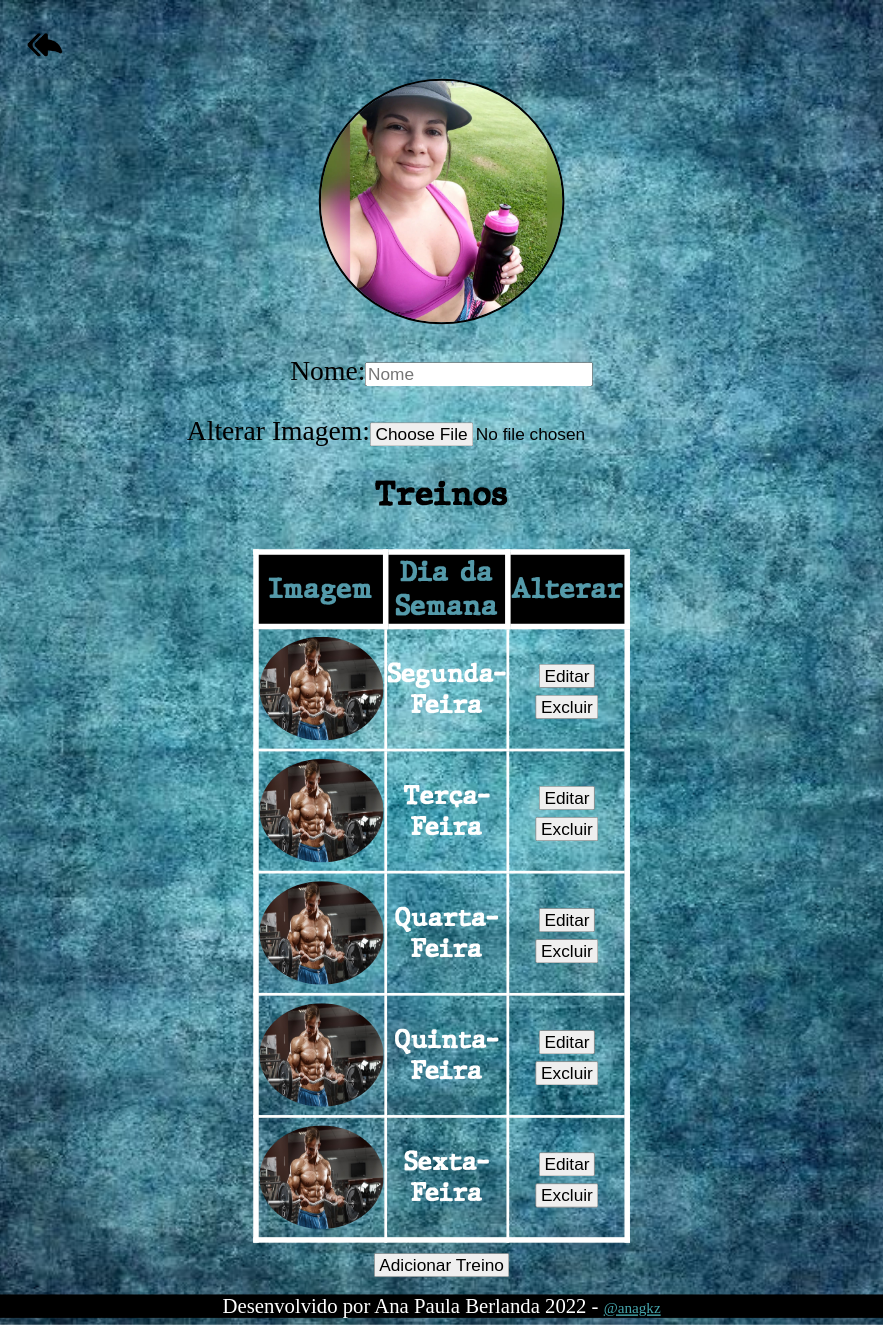
Repository: AnaBerlanda/AppAcademia
Page: config.html
The author's editor kept a copy of each file at every save. The page is drawn from the files as they stood at one save, then again after the next save.
The browser window is 1280 px wide. The pictures show the whole page, at 69% of full size.

Above is the page before, as saved 2022-02-14 17:01:43.

### config.html
<!DOCTYPE html>
<html lang="pt-br">

<head>
    <meta charset="utf-8" />
    <title>App Academia</title>
    <style>
    body{
        text-align: center;
        height: 100%;
        margin: 0;
        background-image: url("img/suor.jpg");
        background-position: center;
        background-size: cover;
        background-repeat:;
    }
    #redonda{
        width: 350px;
        height: 350px;
        border-radius: 50%;
        border: 3px solid black;
    }
    @font-face{
        font-family: 'JMH';
        src: url('font/JMH.ttf') format('opentype');
    }
    .link-semana .diadasemana{
        font-family: 'JMH';
        font-size: 40px;
        border-radius: 20%;
    }

    .link-semana {
        margin-top: 120px;
        display: block;
        text-decoration: none;
        color: rgb(255, 255, 255);
        background-color: rgba(255,255,255,0.3);
    }
    .link-semana img {
        width: 150px;
        height: 150px;

    }
    .link-da-ana {
        background-color: rgba(143, 61, 190, .6);
        border-radius: 50%;
        width: 140px;
        height: 140px;
        padding: 30px;
    }
    .link-da-ana:hover {
        background-color: rgba(143, 61, 190, 1);
    }
    h1 {
        font-size: 45px;
        font-family: 'JMH';
        color: black;
    }
    .rodape {
        background-color: black;
        color:white;
        border: px black;
        font-size: 30px;
        margin-top: 25px;
        margin-bottom: 10px;
    }
    .rodape a{
        font-family: 'Aft';
        color: #45a6ad;
        font-size: 22px;
    }
        table {
            border-collapse: collapse;
            border: 8px solid white;
            width: 40%;
            margin: 15px auto;
            margin-top: 50px;
        }
        table th{
            color: #549aaa;
            font-size: 38px;
            background-color:black;
            font-family: 'JMH';
            border: 8px solid white;
        }
        table td {
            text-align: center;
            border: 4px solid white;
            color:white;
            font-size: 35px;
            font-family: 'JMH';
            height: 50px;
        }
        .tabela{
            text-align: center;
            border-top: 50%;
        }
        td img{
            width: 180px;
            height: 150px;
            margin-top: 10px;
            border-radius: 50%;
        }
        .seta img{
            width: 50px;
            height: 50px;
            text-align: left;
        }
        .seta{
            text-align: left;
            margin: 40px 48px 20px 40px
        }
        p{
            font-size: 40px;
        }
        input{
            font-size: 25px;
        }
    </style>
</head>
<body>
    <div class="seta">
        <a href="index2.html">
        <img src="img/seta.png"> </a>
    </div>
    <img id="redonda" src="img/ber.jpg" alt="Foto da Ana">
    <form>
        <p>Nome:<input type="Nome" placeholder="Nome"></p>
        <p>Alterar Imagem:<input type="file">
    </form>
    <h1>Treinos</h1>
    <table class="tabela">
        <tr>
            <th>Imagem</th>
            <th>Dia da Semana</th>
            <th>Alterar</th>
        </tr>
        <tr>
            <td> <img src="img/musc.jpg"></td>
            <td>Segunda-Feira</td>
            <td><a class="editar" href="editartreino.html">
                <input type="submit" name="Editar" value="Editar"></a>
                <input type="submit" name="Excluir" value="Excluir">
            </td>
        </tr>
        <tr>
            <td> <img src="img/musc.jpg"></td>
            <td>Terça-Feira</td>
            <td><a class="editar" href="editartreino.html">
                <input type="submit" name="Editar" value="Editar"></a>
                <input type="submit" name="Excluir" value="Excluir">
            </td>
        </tr>
        <tr>
            <td> <img src="img/musc.jpg"></td>
            <td>Quarta-Feira</td>
            <td><a class="editar" href="editartreino.html">
                <input type="submit" name="Editar" value="Editar"></a>
                <input type="submit" name="Excluir" value="Excluir">
            </td>
        </tr>
        <tr>
            <td> <img src="img/musc.jpg"></td>
            <td>Quinta-Feira</td>
            <td><a class="editar" href="editartreino.html">
                <input type="submit" name="Editar" value="Editar"></a>
                <input type="submit" name="Excluir" value="Excluir">
            </td>
        </tr>
        <tr>
            <td> <img src="img/musc.jpg"></td>
            <td>Sexta-Feira</td>
            <td><a class="editar" href="editartreino.html">
                <input type="submit" name="Editar" value="Editar"></a>
                <input type="submit" name="Excluir" value="Excluir">
            </td>
        </tr>
        </table>
        <a class="editar" href="editartreino.html">
        <input type="submit" name="Adicionar Treino" value="Adicionar Treino"></a>
        <footer class="rodape"> Desenvolvido por Ana Paula Berlanda 2022 - <a href="https://www.instagram.com/anagkz/" target="_blank">@anagkz</a>
        </footer>
    </body>
    </html>






























</body>
</html>

After the next save:
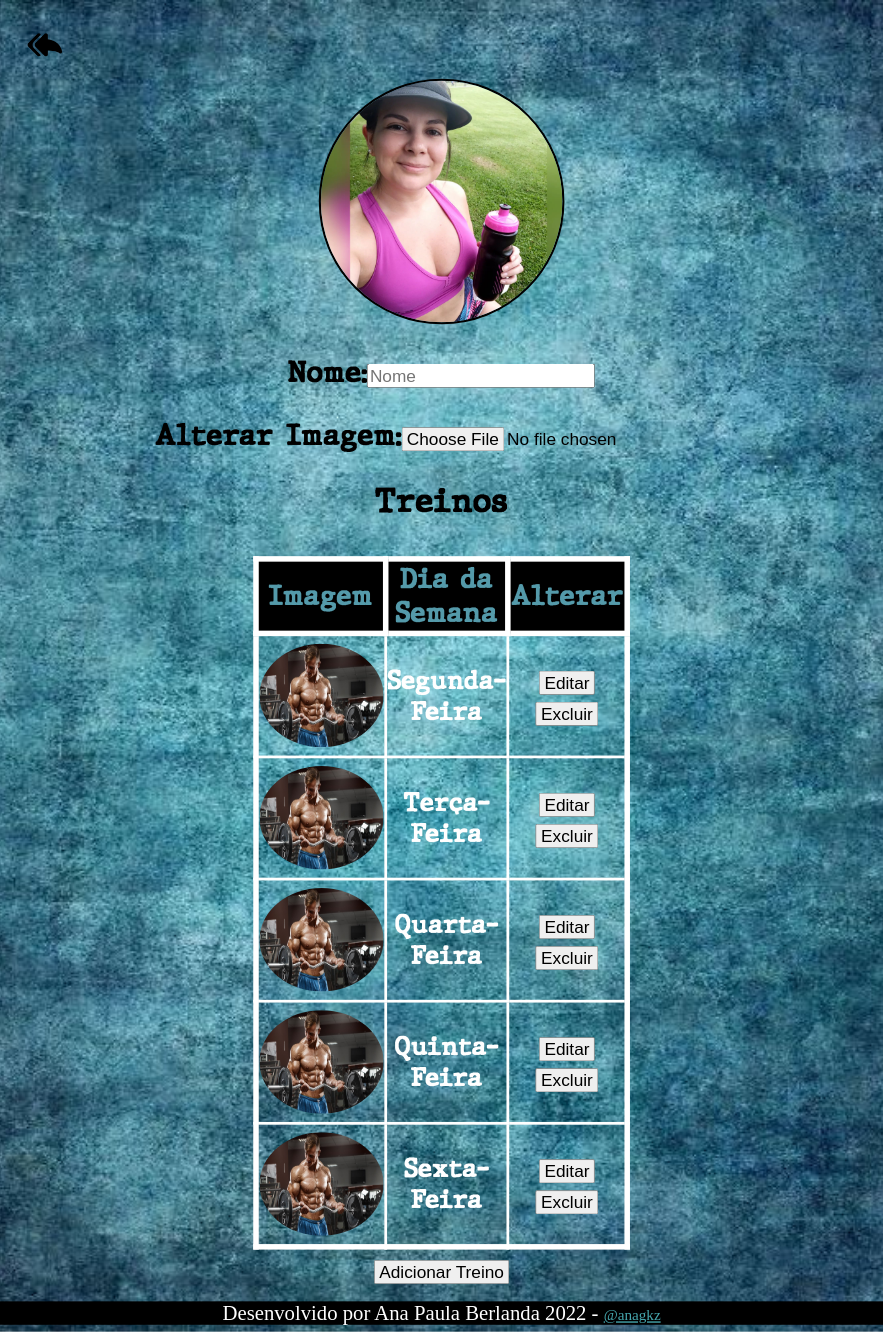
Saved 107 s later.
--- a/config.html
+++ b/config.html
@@ -113,6 +113,8 @@
         }
         p{
             font-size: 40px;
+        font-family: 'JMH';
+        color: black;
         }
         input{
             font-size: 25px;
